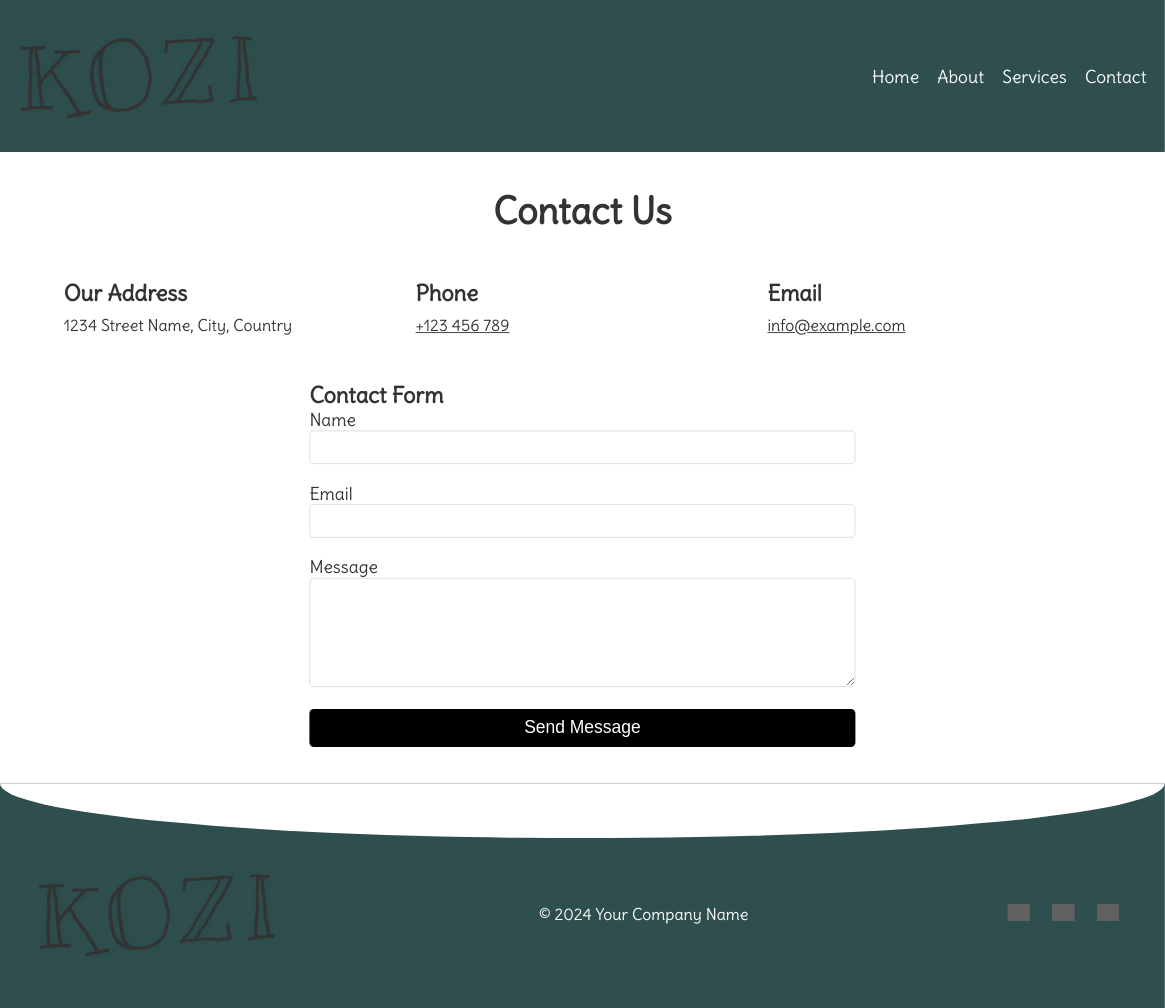
Repository: leerichie/kozi
Page: index.html
An editor plug-in stored every save of this project. The page is shown before and after the next save, followed by the edit.
The browser window is 1280 px wide. The pictures show the whole page, at 91% of full size.
Pictures or frames that could not be fetched are drawn as grey boxes.

Above is the page before, as saved 2024-10-24 19:40:05.

After the next save:
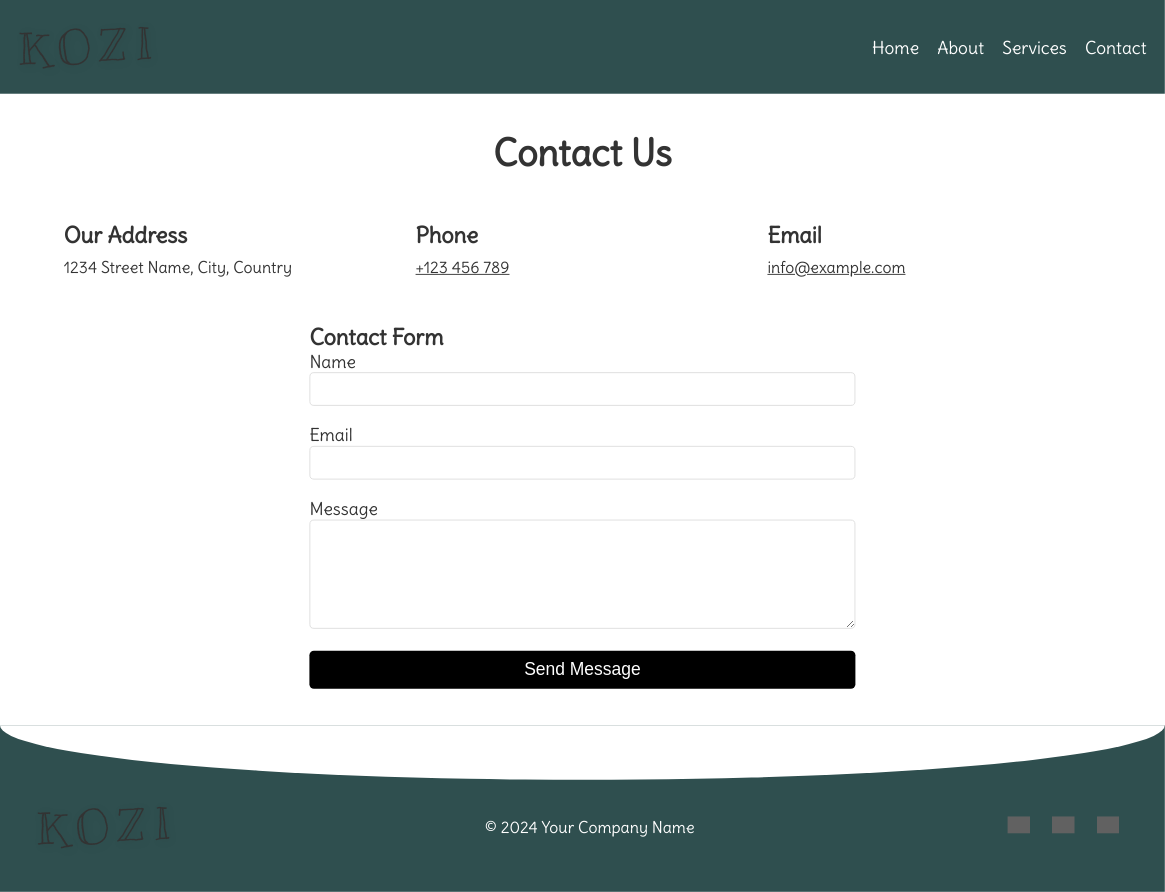
Saved 37 s later.
--- a/css/styles.css
+++ b/css/styles.css
@@ -37,7 +37,7 @@ body {
 
 .logo-text {
   font-family: "Merriweather", serif;
-  font-size: 100px;
+  font-size: 50px;
   letter-spacing: 10px;
   font-weight: bold;
   text-transform: uppercase;
